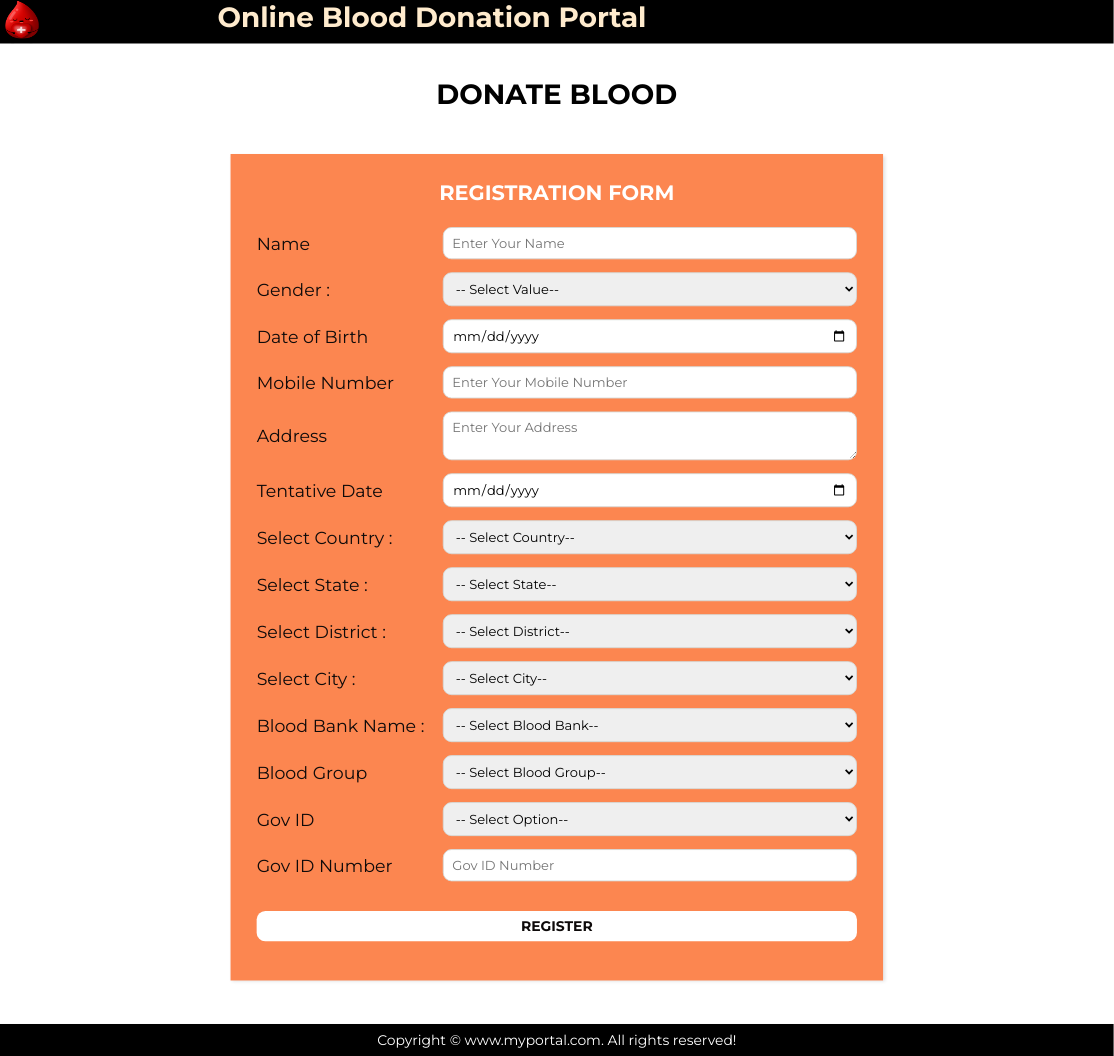
Repository: aditaya-burnwal/blood_donation_portal
Page: Donate Blood/donateblood.html
An editor plug-in stored every save of this project. The page is shown before and after a run of saves, followed by the edit.
The browser window is 1280 px wide. The pictures show the whole page, at 87% of full size.

Above is the page before, as saved 2021-05-16 14:04:30.

After the next 3 saves:
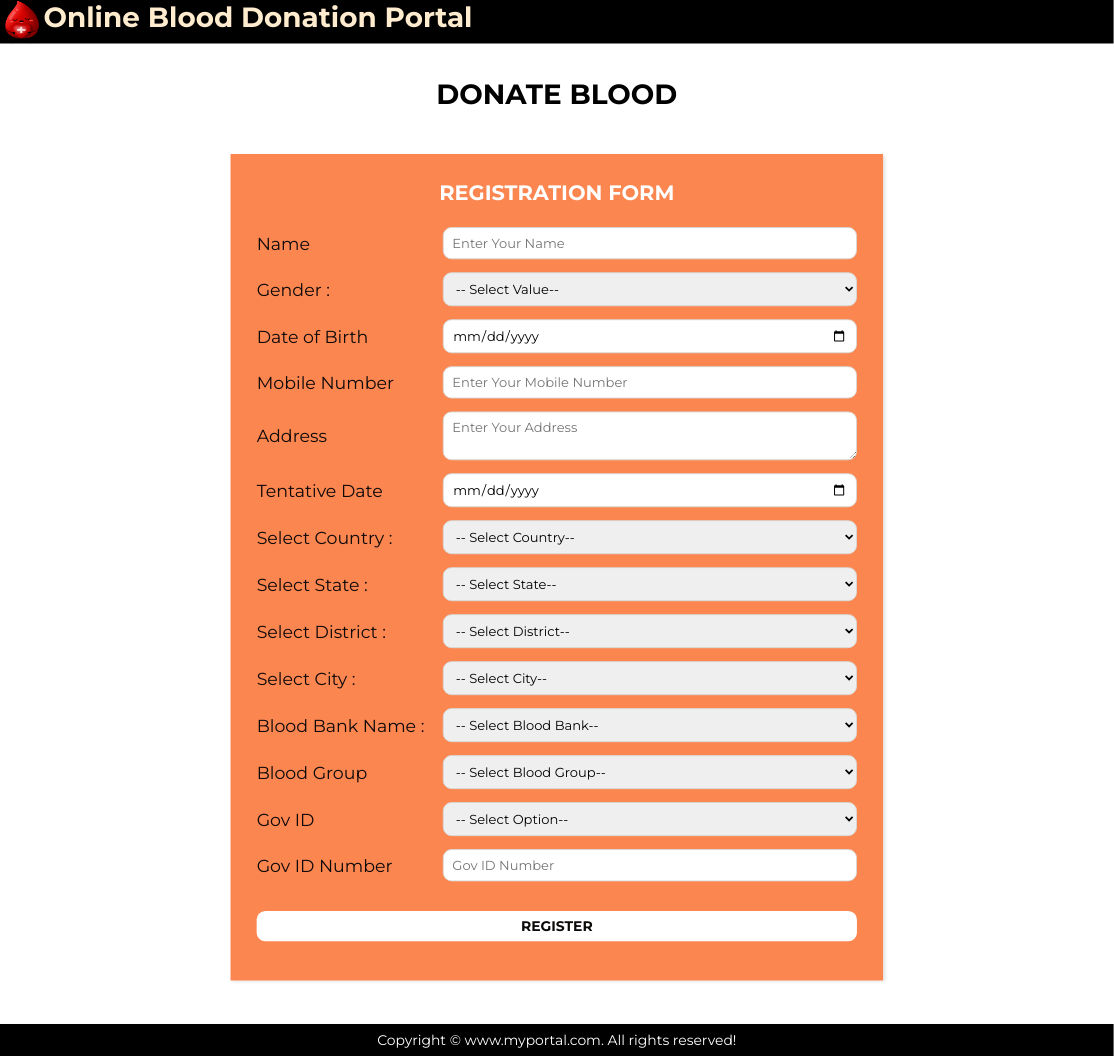
The 3 saves are shown as one change because they came seconds apart.
The last was saved 18 s later.
--- a/Donate Blood/donateblood.css
+++ b/Donate Blood/donateblood.css
@@ -139,7 +139,7 @@ html{
 
 #title{
     color: blanchedalmond;
-    margin-left: 200px;
+    align-items: center;
     margin-right: 20px;
 }
 
